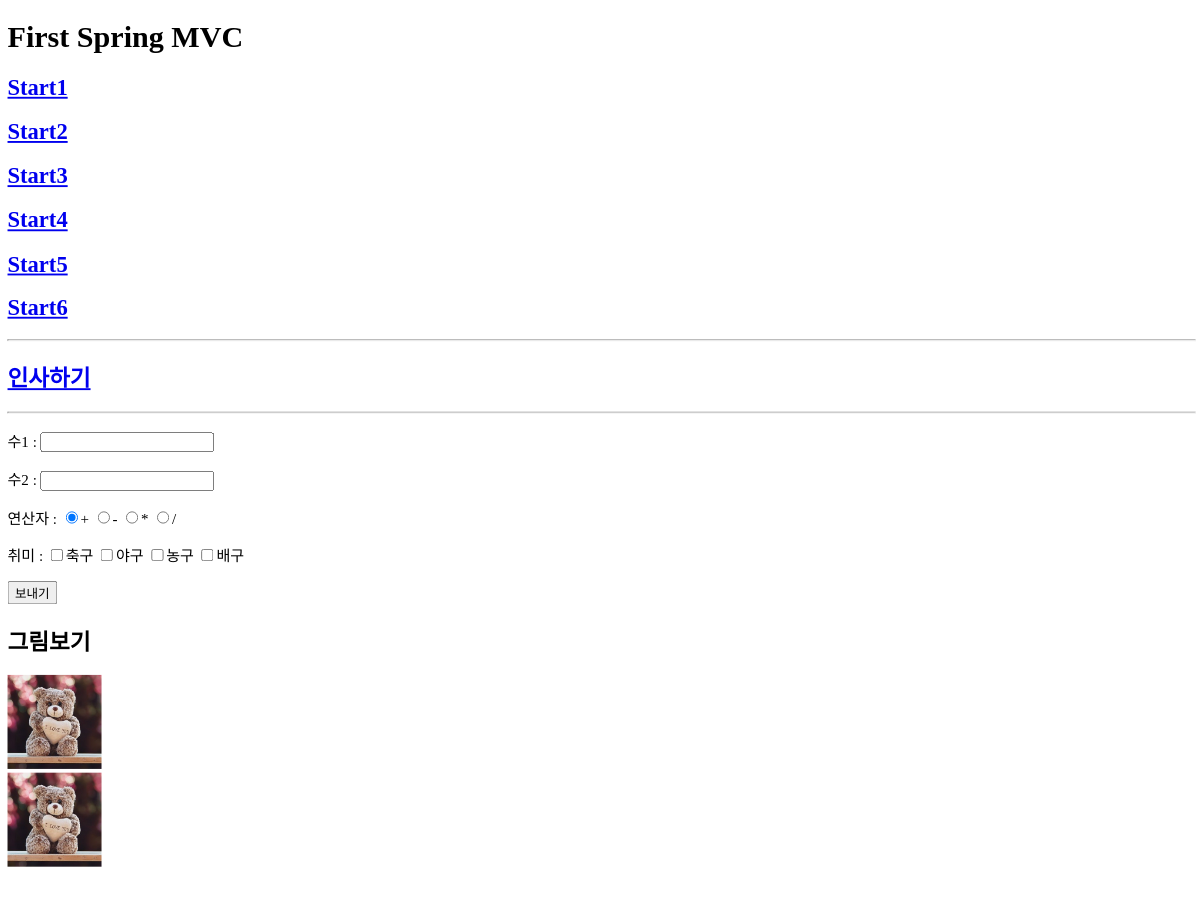
Repository: Developer120000/spring_mvc_study
Page: http://localhost/spring_mvc02/
The author's editor kept a copy of each file at every save. The page is drawn from the files as they stood at one save, then again after the next save.
The browser window is 1280 px wide. The pictures show the whole page, at 94% of full size.
The page is served by Tomcat 9.

Above is the page before, as saved 2024-03-20 00:48:40.

After the next save:
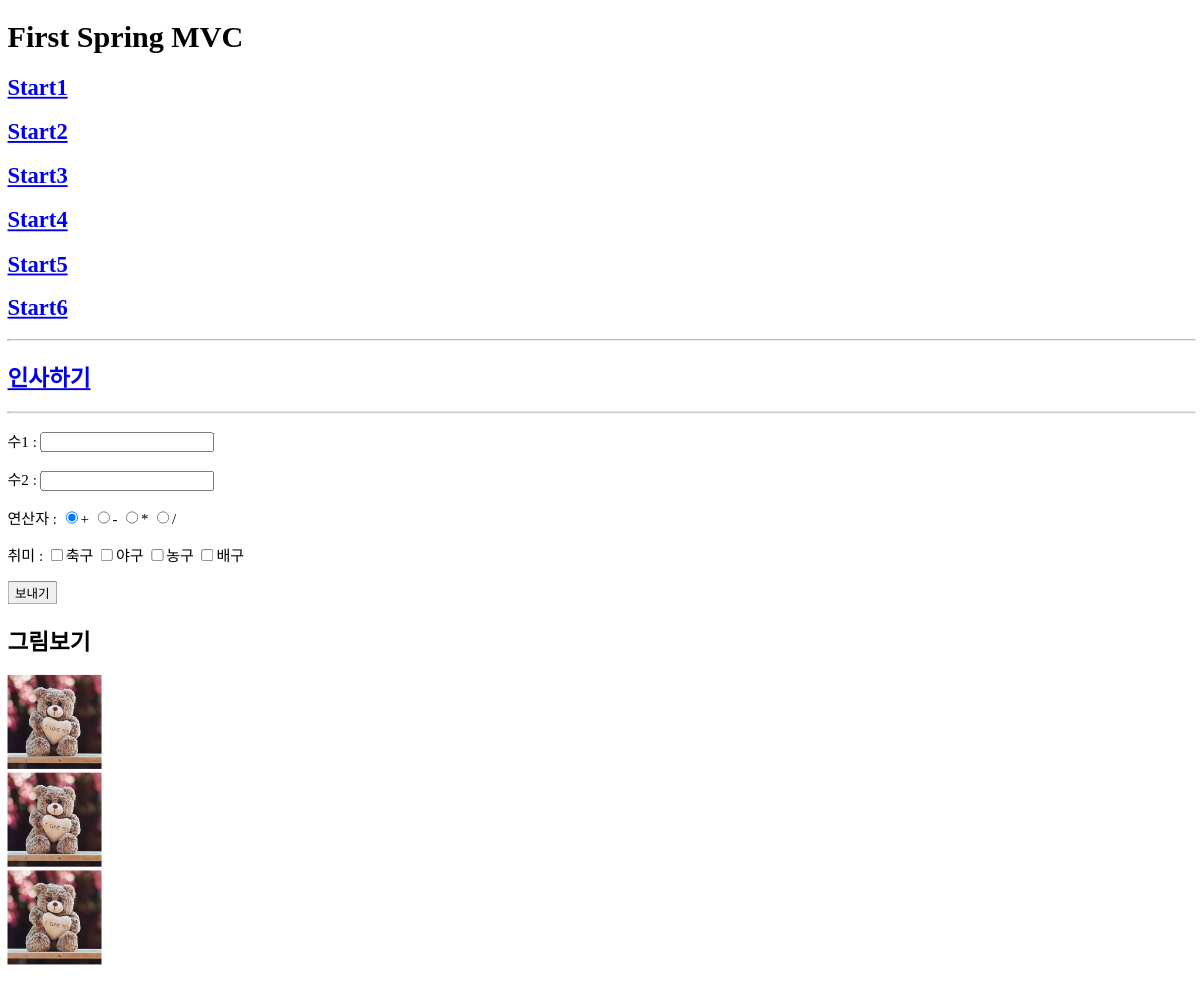
Saved 82 s later.
--- a/spring_mvc02/src/main/webapp/WEB-INF/views/index.jsp
+++ b/spring_mvc02/src/main/webapp/WEB-INF/views/index.jsp
@@ -41,8 +41,8 @@
 	<h2>그림보기</h2>
 	<img src="/resources/images/bear.jpg" style="width: 100px;"><br>
 	<img src="/resources/images/bear.jpg" style="width: 100px;"><br>
-	<img src="" style="width: 100px;"><br>
-	<img src="" style="width: 100px;"><br>
+	<img src='<c:url value="/resources/images/bear.jpg" />' style="width: 100px;"><br>
+	<img src='' style="width: 100px;"><br>
 
 </body>
 </html>
